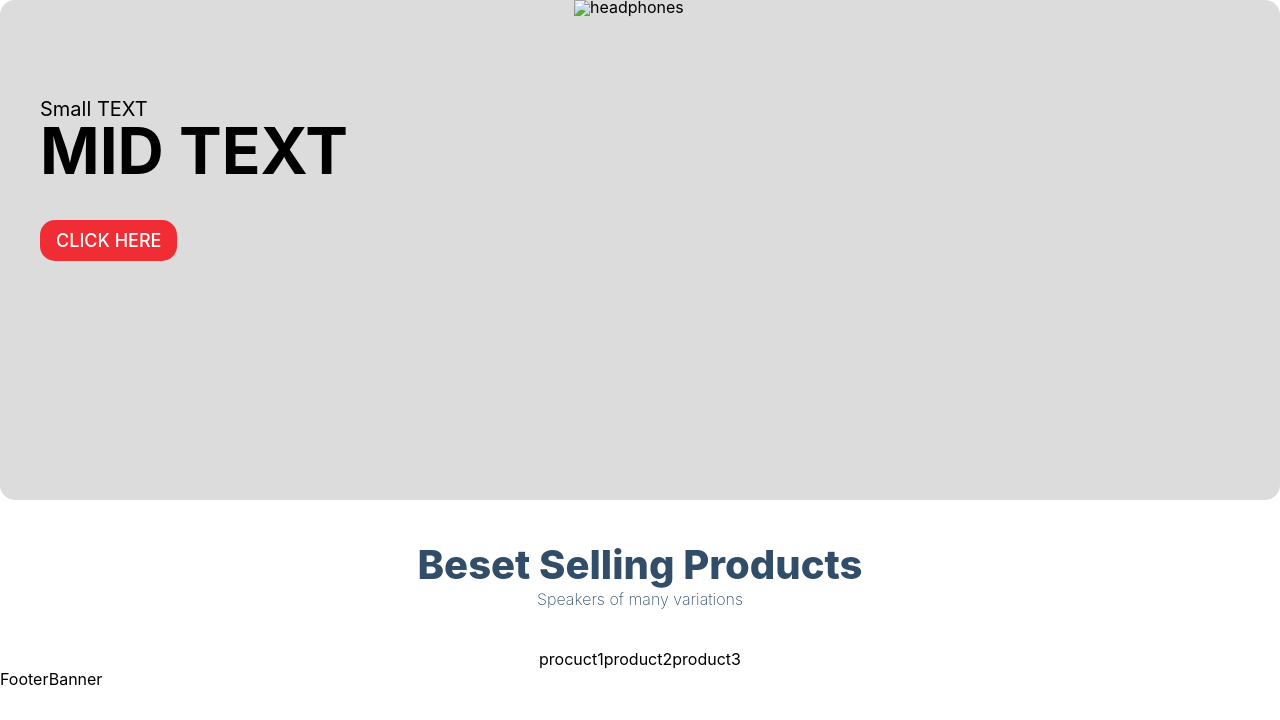
Repository: EMERIC237/react_webStore
Page: / (app in pembo-shop/)
The author's editor kept a copy of each file at every save. The page is drawn from the files as they stood at one save, then again after a run of saves.
The browser window is 1280 px wide. The pictures show the whole page.
The project was rebuilt for these pictures with package versions that can differ from the ones it lists, and the page was loaded fresh each time. The framework's server and built-in components were replaced by stand-ins that run in the browser. Also part of the build but not shown: pembo-shop/next.config.js, pembo-shop/components/Footer.tsx, pembo-shop/components/Layout.tsx, pembo-shop/components/Navbar.tsx, pembo-shop/components/Product.tsx, pembo-shop/components/Cart.tsx.

Above is the page before, as saved 2022-12-17 21:05:14.

### pembo-shop/pages/index.tsx
import React from 'react'
import { Product, FooterBanner, HeroBanner } from '../components'

const Home = () => {
  return (
    <>
      <HeroBanner />
      <div className='products-heading'>
        <h2>Beset Selling Products</h2>
        <p>Speakers of many variations</p>
      </div>

      <div className='products-container'>
        {['procuct1', 'product2', 'product3'].map((product) =>
          product
        )}
      </div>
      <FooterBanner />
    </>
  )
}

export default Home

### pembo-shop/components/HeroBanner.tsx
import React from 'react'
import Link from 'next/link'

const HeroBanner = () => {
    return (
        <div className="hero-banner-container">
            <div>
                <p className="beats-solo">Small TEXT</p>
                <h3>MID TEXT</h3>
                <img src="" alt="headphones" className='hero-banner-image' />
                <div>
                    <Link href="/product/ID">
                        <button type='button'>CLICK HERE</button>
                    </Link>
                </div>
            </div>
        </div>
    )
}

export default HeroBanner

### pembo-shop/components/FooterBanner.tsx
import React from 'react'

const FooterBanner = () => {
    return (
        <div>FooterBanner</div>
    )
}

export default FooterBanner

Loaded but not shown: pembo-shop/pages/_app.tsx (common file); pembo-shop/pages/_document.tsx (common file); pembo-shop/styles/globals.css (common file); pembo-shop/components/index.ts (common file)

After the next 30 saves:
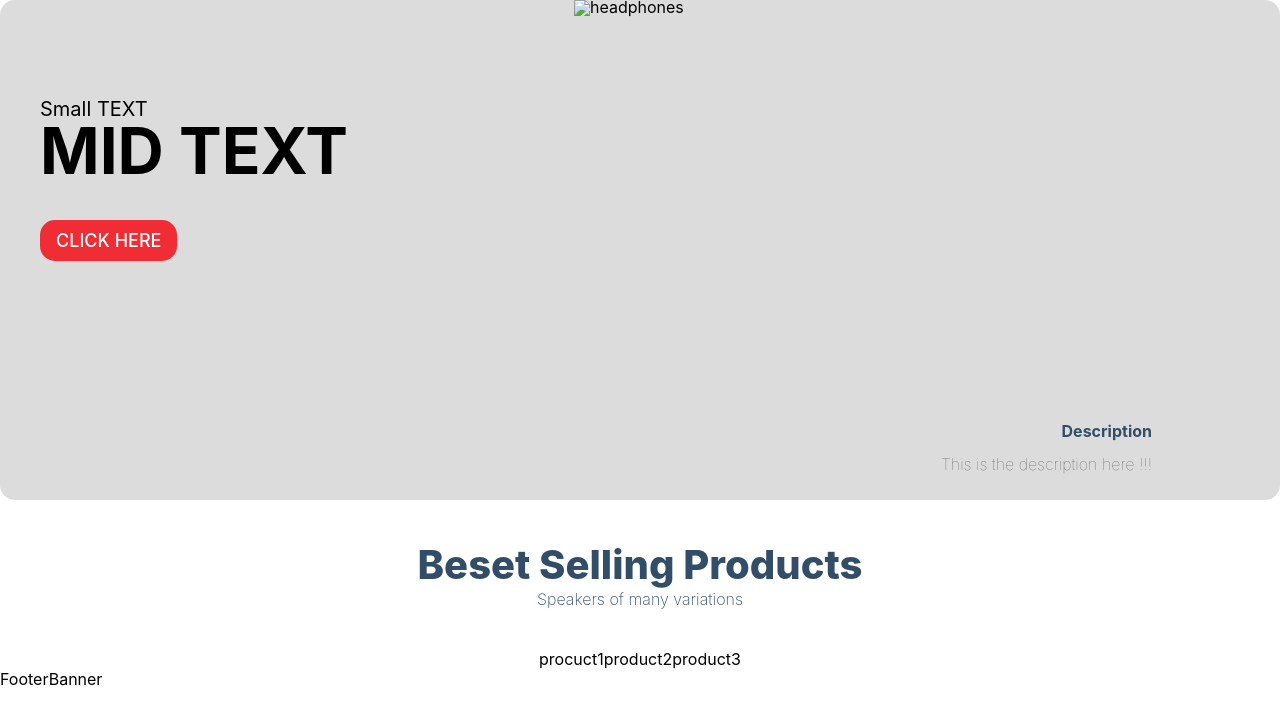
The 30 saves are shown as one change because they came seconds apart.
The last was saved 79 s later.
--- a/pembo-shop/components/HeroBanner.tsx
+++ b/pembo-shop/components/HeroBanner.tsx
@@ -12,6 +12,10 @@ const HeroBanner = () => {
                     <Link href="/product/ID">
                         <button type='button'>CLICK HERE</button>
                     </Link>
+                    <div className="desc">
+                        <h5>Description</h5>
+                        <p>This is the description here !!!</p>
+                    </div>
                 </div>
             </div>
         </div>
